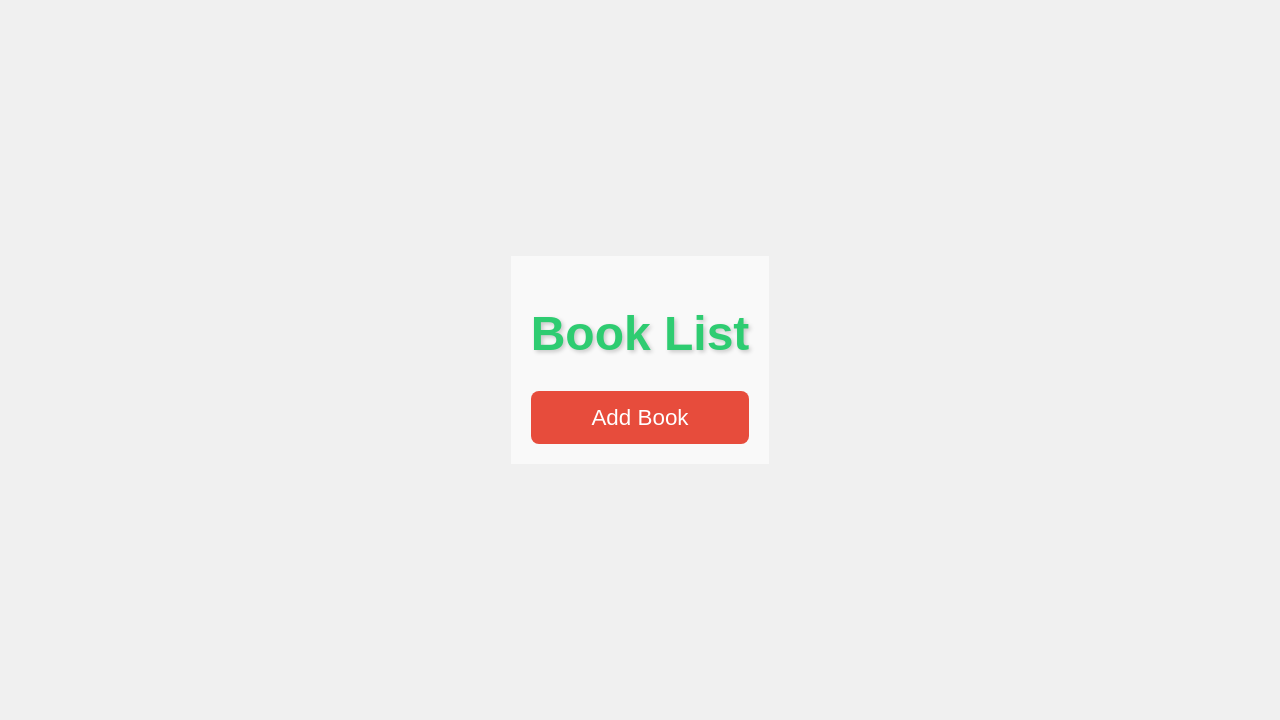
Repository: KanmegneTabouguie/librarymanagement
Page: / (app in frontend/library-frontend/)
The author's editor kept a copy of each file at every save. The page is drawn from the files as they stood at one save, then again after the next save.
The browser window is 1280 px wide. The pictures show the whole page.
The page's requests for data from a server got no answer. The project was rebuilt for these pictures with package versions that can differ from the ones it lists, and the page was loaded fresh each time. No one was signed in, and anything a server would have sent is missing. Also part of the build but not shown: frontend/library-frontend/vite.config.js, frontend/library-frontend/src/components/AddBook.jsx, frontend/library-frontend/src/components/UpdateBook.jsx, frontend/library-frontend/src/components/PublishBook.jsx.

Above is the page before, as saved 2024-02-24 14:47:36.

After the next save:
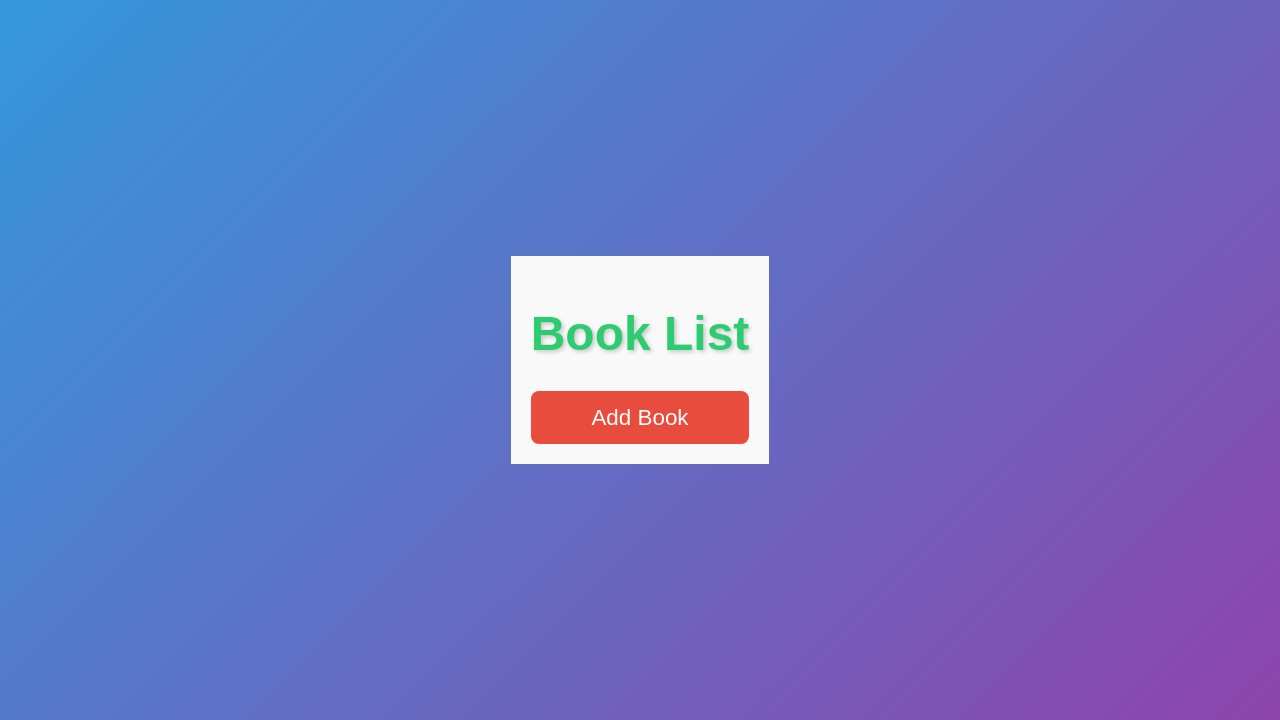
Saved 2 min 7 s later.
--- a/frontend/library-frontend/src/components/AddBook.css
+++ b/frontend/library-frontend/src/components/AddBook.css
@@ -4,7 +4,7 @@ body {
     margin: 0;
     padding: 0;
     font-family: 'Arial', sans-serif;
-    background-color: #f0f0f0;
+    background: linear-gradient(135deg, #3498db, #8e44ad);
     display: flex;
     align-items: center;
     justify-content: center;
@@ -21,12 +21,12 @@ body {
     background-color: #fff;
     padding: 20px;
     border-radius: 10px;
-    box-shadow: 0 0 20px rgba(0, 0, 0, 0.1);
+    box-shadow: 0 0 20px rgba(0, 0, 0, 0.2);
     margin-bottom: 20px;
   }
 
   h1 {
-    color: #333;
+    color: #fff;
     text-align: center;
     margin-bottom: 20px;
   }
@@ -39,25 +39,28 @@ body {
 
   input {
     width: 100%;
-    padding: 10px;
+    padding: 12px;
     margin-bottom: 15px;
     box-sizing: border-box;
+    border: 1px solid #ccc;
+    border-radius: 5px;
+    font-size: 16px;
   }
 
   .add-book-button {
     width: 100%;
     padding: 12px;
-    background-color: #3498db;
+    background-color: #27ae60;
     color: #fff;
     border: none;
     border-radius: 5px;
     cursor: pointer;
-    font-size: 16px;
+    font-size: 18px;
     transition: background-color 0.3s ease-in-out;
   }
 
   .add-book-button:hover {
-    background-color: #2980b9;
+    background-color: #219f4e;
   }
 
   .modal-overlay {
@@ -66,7 +69,7 @@ body {
     left: 0;
     width: 100%;
     height: 100%;
-    background: rgba(0, 0, 0, 0.5);
+    background: rgba(0, 0, 0, 0.7);
     display: flex;
     align-items: center;
     justify-content: center;
@@ -87,13 +90,13 @@ body {
   }
 
   .modal button {
-    padding: 10px 20px;
+    padding: 12px 24px;
     background-color: #2ecc71;
     color: #fff;
     border: none;
     border-radius: 5px;
     cursor: pointer;
-    font-size: 16px;
+    font-size: 18px;
     transition: background-color 0.3s ease-in-out;
   }
 
